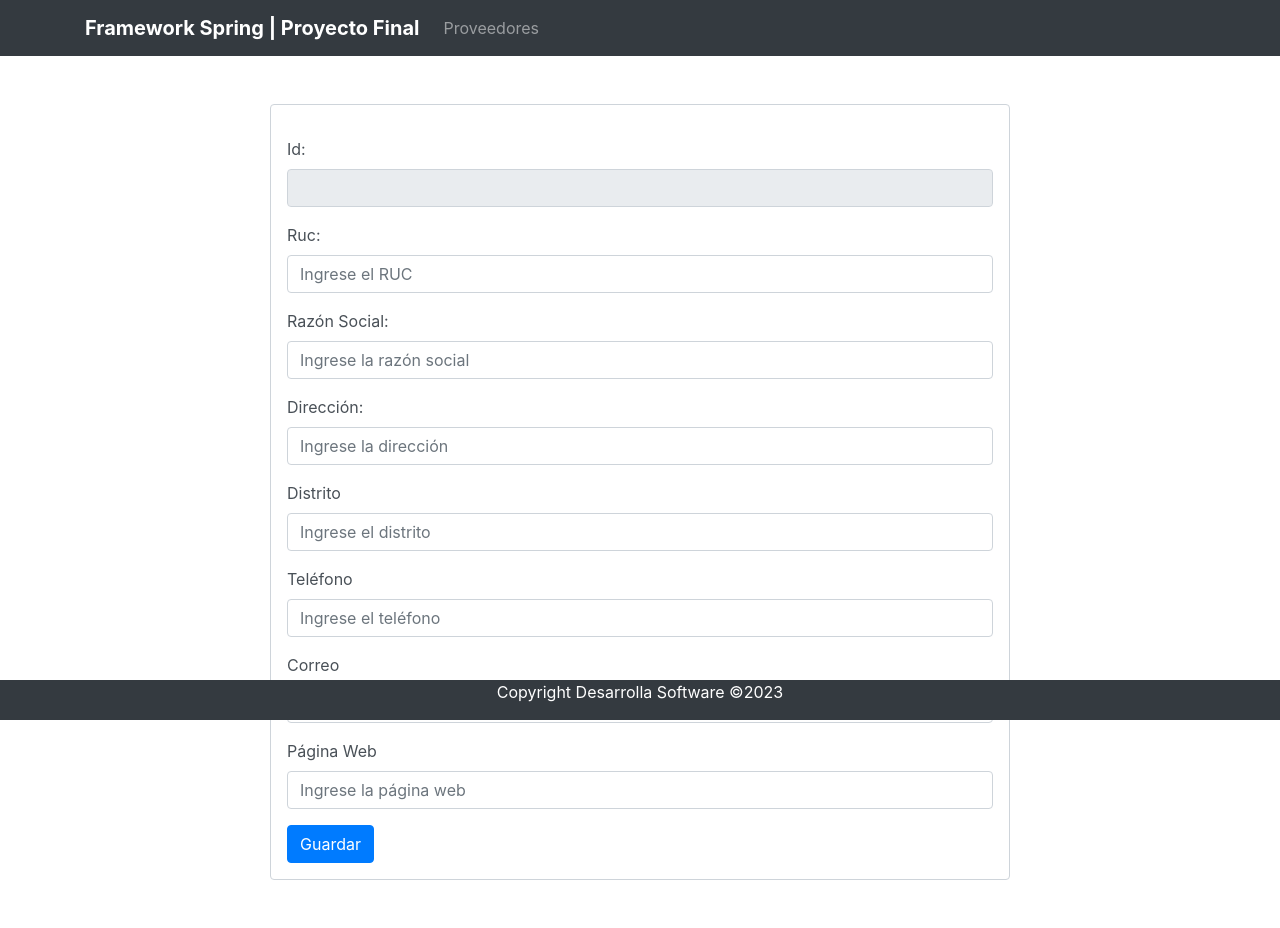
Repository: jeanyantas/proyecto-final-spring
Page: http://localhost/frmEditar
These files come from the project's save history. The page is drawn as it stood at one moment and after the next save; the edit follows.
The browser window is 1280 px wide. The pictures show the whole page.
The page is this project's Thymeleaf template; nobody is signed in. The template is opened directly, without the code that normally fills it, so the values that code supplies are empty.

Above is the page before, as saved 2023-01-15 21:55:12.

### moduloProveedor/src/main/resources/templates/frmEditar.html
<!DOCTYPE html>
<html xmlns:th="http://www.thymeleaf.org">
	<head th:replace="plantilla/plantilla :: head"></head>
	<body>
		<header th:replace="plantilla/plantilla :: header"></header>

		<div class="container">
			<div class="d-flex justify-content-center">
				<form class="form-control p-3 my-5 col-md-8" th:action="@{/grabar}" th:object="${proveedor}" method="post">
					<div class="text-center h1" th:text="${titulo}"></div>
					<div class="my-3">
						<label for="id">Id:</label>
						<input type="text" readonly th:field="*{id}" class="form-control" id="id">
					</div>
					<div class="mb-3">
						<label for="ruc">Ruc:</label>
						<input type="text" th:field="*{ruc}" class="form-control" id="ruc" placeholder="Ingrese el RUC">
					</div>
					<div class="mb-3">
						<label for="razonSocial">Raz&oacute;n Social:</label>
						<input type="text" th:field="*{razonsocial}" class="form-control" id="razonSocial" placeholder="Ingrese la raz&oacute;n social">
					</div>
					<div class="mb-3">
						<label for="direccion">Direcci&oacute;n:</label>
						<input type="text" th:field="*{direccion}" class="form-control" id="direccion" placeholder="Ingrese la direcci&oacute;n">
					</div>
					<div class="mb-3">
						<label for="distrito">Distrito</label>
						<input type="text" th:field="*{distrito}" class="form-control" id="distrito" placeholder="Ingrese el distrito">
					</div>
					<div class="mb-3">
						<label for="telefono">Tel&eacute;fono</label>
						<input type="text" th:field="*{telefono}" class="form-control" id="telefono" placeholder="Ingrese el tel&eacute;fono">
					</div>
					<div class="mb-3">
						<label for="correo">Correo</label>
						<input type="text" th:field="*{correo}" class="form-control" id="correo" placeholder="Ingrese el correo">
					</div>
					<div class="mb-3">
						<label for="paginaWeb">P&aacute;gina Web</label>
						<input type="text" th:field="*{paginaweb}" class="form-control" id="paginaWeb" placeholder="Ingrese la p&aacute;gina web">
					</div>

					<input type="submit" class="btn btn-primary" value="Guardar">
				</form>
			</div>
		</div>
		<footer th:replace="plantilla/plantilla :: footer"></footer>
	</body>
</html>

### moduloProveedor/src/main/resources/templates/plantilla/plantilla.html
<!DOCTYPE html>
<html xmlns:th="http://www.thymeleaf.org">
	<head th:fragment="head">
		<meta charset="UTF-8">
		<!-- Bootstrap CSS -->
		<link rel="stylesheet" th:href="@{/css/bootstrap.min.css}">
		<title>Modulo Proveedores</title>
	</head>
	<body>
		<!-- Barra de navegación -->
		<header th:fragment="header">
			<nav class="navbar navbar-expand-lg navbar-dark bg-dark">
				<div class="container">
					<a class="navbar-brand" href="#"> <strong>Framework Spring | Proyecto Final</strong></a>
					<button class="navbar-toggler" type="button" data-toggle="collapse" data-target="#navbarSupportedContent" aria-controls="navbarSupportedContent" aria-expanded="false" aria-label="Toggle navigation">
						<span class="navbar-toggler-icon"></span>
					</button>

					<!-- ENLACES DEL MENU -->
					<div class="collapse navbar-collapse" id="navbarSupportedContent">
						<ul class="navbar-nav mr-auto">
							<li class="nav-item"><a class="nav-link" th:href="@{/listado}">Proveedores</a></li>
						</ul>
					</div>
				</div>
			</nav>
		</header>

		<!-- Contenido -->
		<div class="container"></div>

		<!-- Pie de pagina -->
		<footer th:fragment="footer" class="bg-dark text-center text-white fixed-bottom">
			<div class="container">
				<p>Copyright Desarrolla Software &copy;2023</p>
			</div>
		</footer>

		<script type="text/javascript" th:src="@{/js/jquery-3.5.1.slim.min.js}"></script>
		<script type="text/javascript" th:src="@{/js/popper.min.js}"></script>
		<script type="text/javascript" th:src="@{/js/bootstrap.min.js}"></script>
	</body>
</html>

Loaded but not shown: moduloProveedor/src/main/resources/static/css/bootstrap.min.css (library)

After the next save:
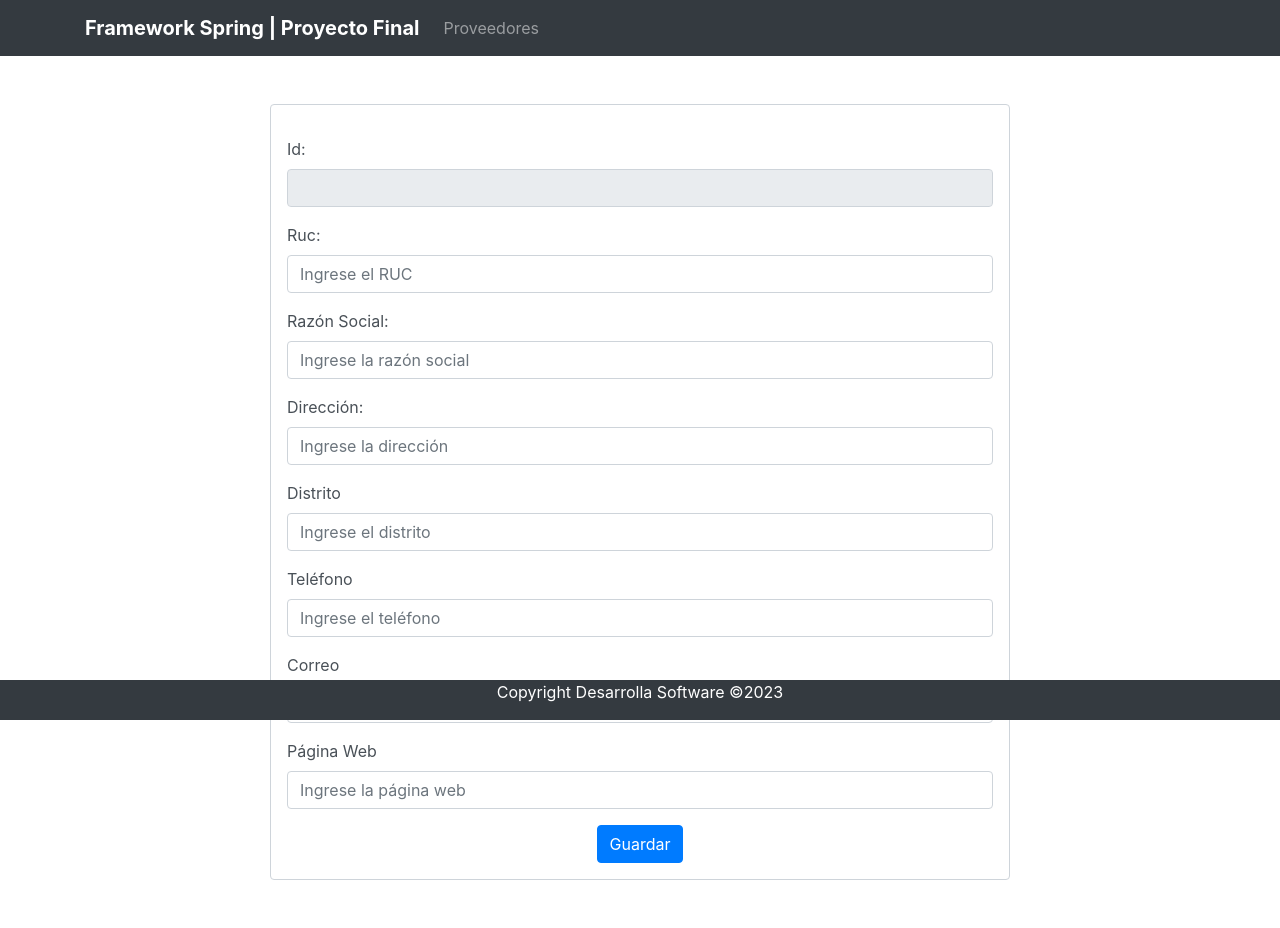
Saved 92 s later.
--- a/moduloProveedor/src/main/resources/templates/frmEditar.html
+++ b/moduloProveedor/src/main/resources/templates/frmEditar.html
@@ -40,8 +40,9 @@
 						<label for="paginaWeb">P&aacute;gina Web</label>
 						<input type="text" th:field="*{paginaweb}" class="form-control" id="paginaWeb" placeholder="Ingrese la p&aacute;gina web">
 					</div>
-
-					<input type="submit" class="btn btn-primary" value="Guardar">
+					<div class="d-flex justify-content-center">
+						<input type="submit" class="btn btn-primary" value="Guardar">
+					</div>
 				</form>
 			</div>
 		</div>
